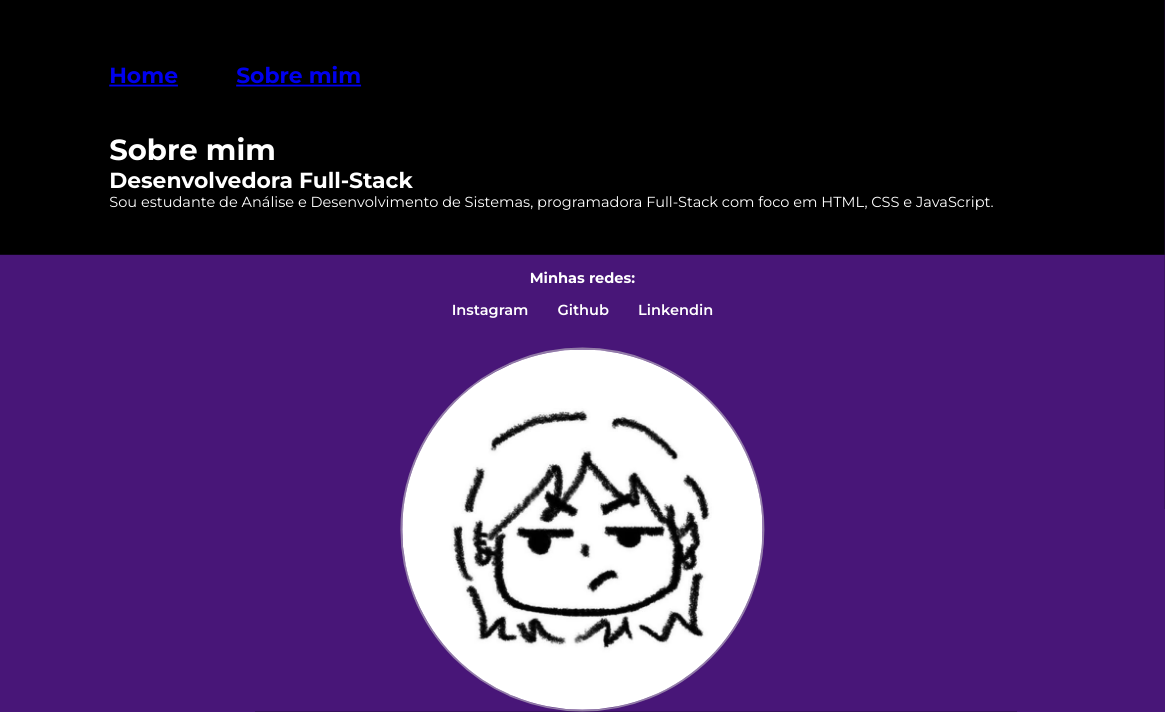
Repository: analessp/portfolio-developer
Page: index.html
The author's editor kept a copy of each file at every save. The page is drawn from the files as they stood at one save, then again after the next save.
The browser window is 1280 px wide. The pictures show the whole page, at 91% of full size.

Above is the page before, as saved 2025-04-24 10:37:55.

### index.html
<!DOCTYPE html>
<html lang="pt-BR">
<head>
    <meta charset="UTF-8">
    <meta name="viewport" content="width=device-width, initial-scale=1.0">
    <title>Portfólio de Ana Lessa</title>
    <link rel="stylesheet" href="style.css">
    <link rel="stylesheet" href="https://cdnjs.cloudflare.com/ajax/libs/font-awesome/6.5.0/css/all.min.css" />
</head>
<body>
    <header>
        <nav>
            <uL class="navbar-list">
                <li>
                    <a href="/index.html" class="page active">Home</a>
                </li>
                <li>
                    <a href="/about-me.html" class="page">Sobre mim</a>
                </li>
            </uL>
        </nav>
    </header>
    <main>
        <div class="introduce">
            <span class="title">
            <h1>Sobre mim</h1>
            <h2>Desenvolvedora Full-Stack</h2>
        </span>
            <p>Sou estudante de Análise e Desenvolvimento de Sistemas, programadora Full-Stack com foco em HTML, CSS e JavaScript.</p>
    </main>
    <footer>
        <h4>Minhas redes:</h4>
        <ul>
            <li>
                <a *href*="#">Instagram</a>
            </li>
            <li> <a *href*="#">Github</a></li>
            <li> <a *href*="#">Linkendin</a></li>
            </ul>
        </div>
        <img src="/assets/avatar.jfif" alt="Avatar de Ana Lessa" class="about-me-image">
    </footer>
</body>
</html>

### style.css
@import url('https://fonts.googleapis.com/css2?family=Montserrat:ital,wght@0,100..900;1,100..900&display=swap');

* {
    margin: 0;
    padding: 0;
    box-sizing: border-box;
    font-family: "Montserrat", sans-serif;
}

body {
    display: flex;
    flex-direction: column;
    justify-content: space-between;
    height: 100vh;
    width: 100%;
    background-color: black;
    color: white;
}

.navbar-list {
    padding-left: 120px;
    padding-top: 68px;
    display: flex;
    gap: 4rem;
    list-style-type: none;
    color: #7209b7;
    font-weight: 700;
    font-size: 1.5rem;
    margin-bottom: 3rem;
}

main {
    padding-left: 120px;
    display: flex;
    gap: 10rem;
    align-items: center;
}

.about-me {
    background-color: rgba(255, 255, 255, 0.1);
    display: flex;
    flex-direction: column;
    gap: 1.5rem;
    width: 50%;
    text-align: justify;
    padding: 1rem 1.4rem;
    border: 2px solid rgb(63, 63, 63);
}

.about-me h1 {
    font-size: 3rem;
}

.about-me p {
    font-weight: 300;
}

.about-me-image {
    width: 25rem;
    border-radius: 50%;
    border: 2px solid rgba(208, 208, 208, 0.552);
    height: fit-content;
}

footer {
    margin-top: 3rem;
    padding-top: 1rem;
    background-color: rgb(72, 22, 120);
    display: flex;
    flex-direction: column;
    align-items: center;
    gap: 1rem;
}

footer ul {
    display: flex;
    gap: 2rem;
    list-style-type: none;
    margin-bottom: 1rem;
}

footer a {
    text-decoration: none;
    color: white;
    font-weight: 600;
}

@media only screen and (max-width: 768px) {

    body {
        justify-content: center;
    }

    .navbar-list {
        justify-content: center;
        padding-left: 0;
        padding-top: 40px;
        margin-bottom: 0;
    }

    main {
        margin-top: 0;
        flex-direction: column-reverse;
        padding-left: 0;
        gap: 0;
    }

    .about-me-image {
        width: 18rem;
    }

    .about-me {
        width: 70%;
        height: 50px;
        overflow-y: auto;
    }

    .about-me h1 {
        text-align: center;
    }

    .about-me p {
        font-size: 1.2rem;
    }

}

After the next save:
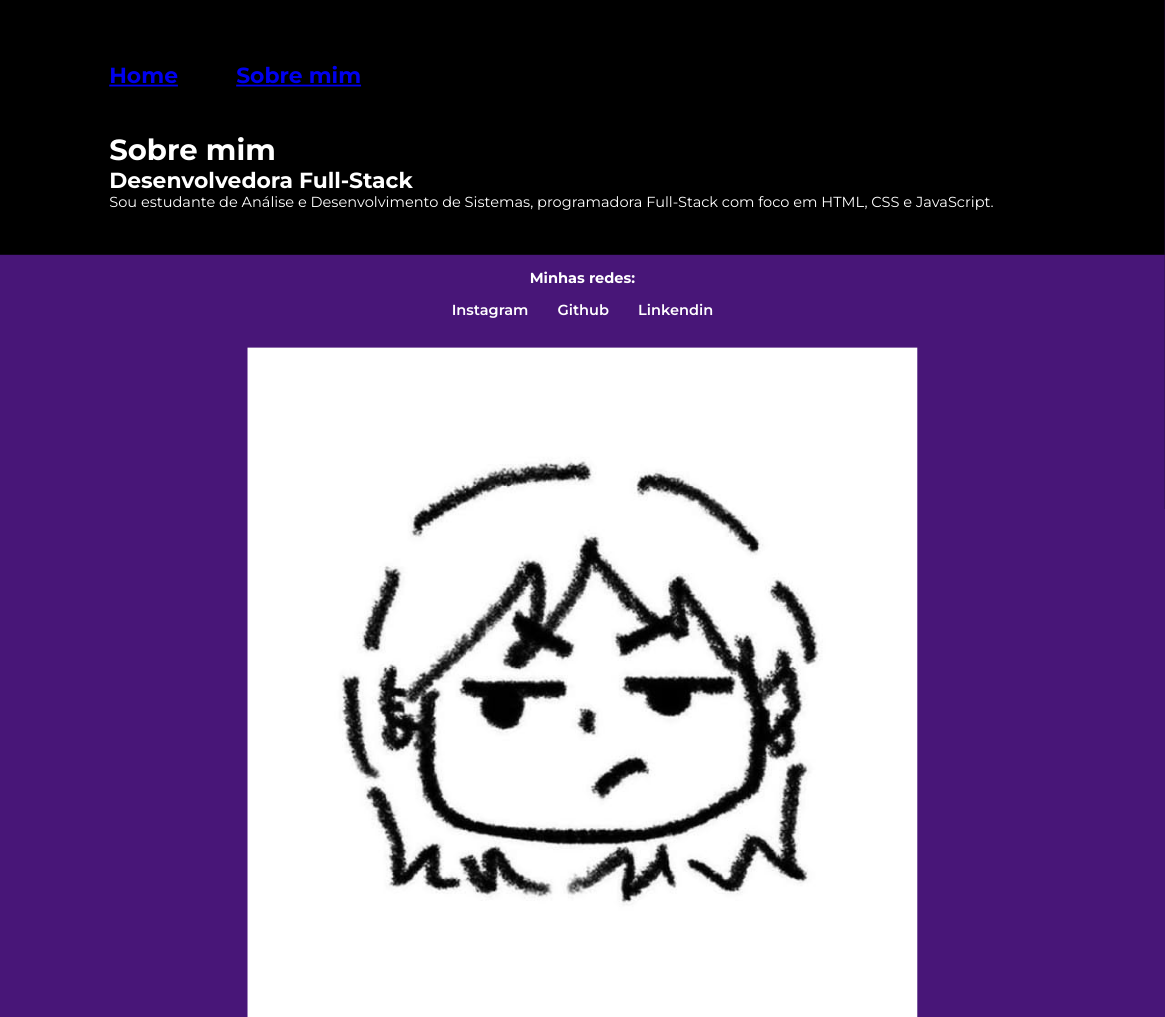
Saved 6 s later.
--- a/index.html
+++ b/index.html
@@ -38,7 +38,7 @@
             <li> <a *href*="#">Linkendin</a></li>
             </ul>
         </div>
-        <img src="/assets/avatar.jfif" alt="Avatar de Ana Lessa" class="about-me-image">
+        <img src="/assets/avatar.jfif" alt="Avatar de Ana Lessa">
     </footer>
 </body>
 </html>
